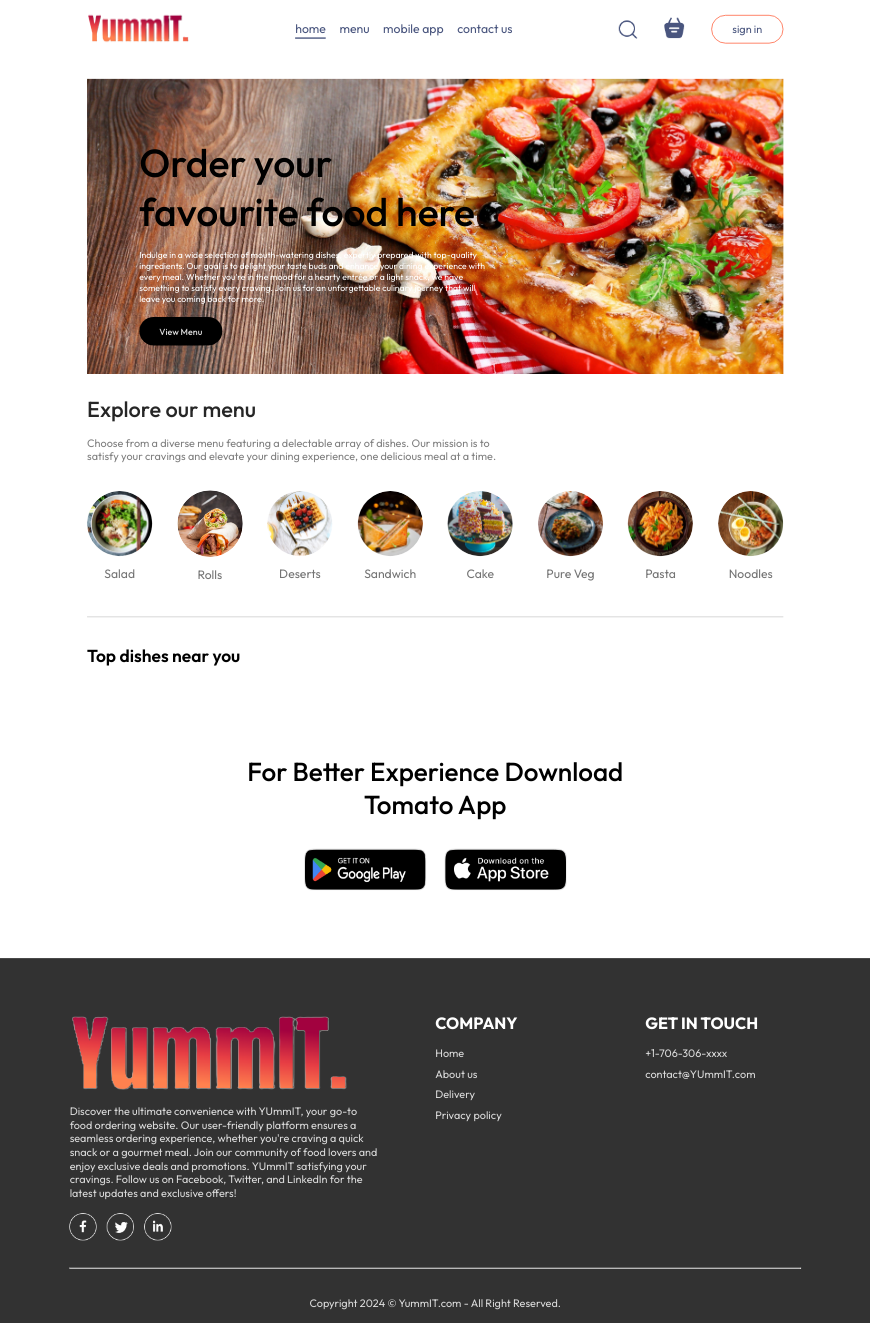
Repository: RiteshDumpala/FoodDelivery_website
Page: / (app in food-del/frontend/)
The author's editor kept a copy of each file at every save. The page is drawn from the files as they stood at one save, then again after the next save.
The browser window is 1280 px wide. The pictures show the whole page, at 68% of full size.
The page's requests for data from a server got no answer. The project was rebuilt for these pictures with package versions that can differ from the ones it lists, and the page was loaded fresh each time. No one was signed in, and anything a server would have sent is missing. Also part of the build but not shown: food-del/frontend/vite.config.js, food-del/frontend/src/components/FoodItem/FoodItem.css, food-del/frontend/src/components/FoodItem/FoodItem.jsx, food-del/frontend/src/pages/Cart/Cart.css, food-del/frontend/src/pages/Cart/Cart.jsx, food-del/frontend/src/components/LoginPopup/LoginPopup.css, food-del/frontend/src/components/LoginPopup/LoginPopup.jsx, food-del/frontend/src/pages/PlaceOrder/PlaceOrder.css and 5 more.

Above is the page before, as saved 2024-12-02 13:17:02.

### food-del/frontend/index.html
<!doctype html>
<html lang="en">
  <head>
    <meta charset="UTF-8" />
    <link rel="icon" type="image/svg+xml" href="/vite.svg" />
    <meta name="viewport" content="width=device-width, initial-scale=1.0" />
    <title>YummIT</title>
  </head>
  <body>
    <div id="root"></div>
    <script type="module" src="/src/main.jsx"></script>
  </body>
</html>

### food-del/frontend/src/Context/StoreContext.jsx
import { createContext, useEffect, useState } from "react";
import { food_list, menu_list } from "../assets/assets";
import axios from "axios";
export const StoreContext = createContext(null);

const StoreContextProvider = (props) => {

    const url = "http://localhost:4000"
    const [food_list, setFoodList] = useState([]);
    const [cartItems, setCartItems] = useState({});
    const [token, setToken] = useState("")
    const currency = "$";
    const deliveryCharge = 5;

    const addToCart = async (itemId) => {
        if (!cartItems[itemId]) {
            setCartItems((prev) => ({ ...prev, [itemId]: 1 }));
        }
        else {
            setCartItems((prev) => ({ ...prev, [itemId]: prev[itemId] + 1 }));
        }
        if (token) {
            await axios.post(url + "/api/cart/add", { itemId }, { headers: { token } });
        }
    }

    const removeFromCart = async (itemId) => {
        setCartItems((prev) => ({ ...prev, [itemId]: prev[itemId] - 1 }))
        if (token) {
            await axios.post(url + "/api/cart/remove", { itemId }, { headers: { token } });
        }
    }

    const getTotalCartAmount = () => {
        let totalAmount = 0;
        for (const item in cartItems) {
            try {
              if (cartItems[item] > 0) {
                let itemInfo = food_list.find((product) => product._id === item);
                totalAmount += itemInfo.price * cartItems[item];
            }
            } catch (error) {

            }

        }
        return totalAmount;
    }

    const fetchFoodList = async () => {
        const response = await axios.get(url + "/api/food/list");
        setFoodList(response.data.data)
    }

    const loadCartData = async (token) => {
        const response = await axios.post(url + "/api/cart/get", {}, { headers: token });
        setCartItems(response.data.cartData);
    }

    useEffect(() => {
        async function loadData() {
            await fetchFoodList();
            if (localStorage.getItem("token")) {
                setToken(localStorage.getItem("token"))
                await loadCartData({ token: localStorage.getItem("token") })
            }
        }
        loadData()
    }, [])

    const contextValue = {
        url,
        food_list,
        menu_list,
        cartItems,
        addToCart,
        removeFromCart,
        getTotalCartAmount,
        token,
        setToken,
        loadCartData,
        setCartItems,
        currency,
        deliveryCharge
    };

    return (
        <StoreContext.Provider value={contextValue}>
            {props.children}
        </StoreContext.Provider>
    )

}

export default StoreContextProvider;

### food-del/frontend/src/components/Footer/Footer.jsx
import React from 'react'
import './Footer.css'
import { assets } from '../../assets/assets'

const Footer = () => {
  return (
    <div className='footer' id='footer'>
      <div className="footer-content">
        <div className="footer-content-left">
            <img src={assets.logo} alt="" />
            <p>Discover the ultimate convenience with YUmmIT, your go-to food ordering website. Our user-friendly platform ensures a seamless ordering experience, whether you're craving a quick snack or a gourmet meal. Join our community of food lovers and enjoy exclusive deals and promotions. YUmmIT satisfying your cravings.
            Follow us on Facebook, Twitter, and LinkedIn for the latest updates and exclusive offers!
            </p>
            <div className="footer-social-icons">
                <img src={assets.facebook_icon} alt="" />
                <img src={assets.twitter_icon} alt="" />
                <img src={assets.linkedin_icon} alt="" />
            </div>
        </div>
        <div className="footer-content-center">
            <h2>COMPANY</h2>
            <ul>
                <li>Home</li>
                <li>About us</li>
                <li>Delivery</li>
                <li>Privacy policy</li>
            </ul>
        </div>
        <div className="footer-content-right">
            <h2>GET IN TOUCH</h2>
            <ul>
                <li>+1-706-306-xxxx</li>
                <li>contact@YUmmIT.com</li>
            </ul>
        </div>
      </div>
      <hr />
      <p className="footer-copyright">Copyright 2024 © YummIT.com - All Right Reserved.</p>
    </div>
  )
}

export default Footer

### food-del/frontend/src/components/Navbar/Navbar.jsx
import React, { useContext, useEffect, useState } from 'react'
import './Navbar.css'
import { assets } from '../../assets/assets'
import { Link, useNavigate } from 'react-router-dom'
import { StoreContext } from '../../Context/StoreContext'

const Navbar = ({ setShowLogin }) => {

  const [menu, setMenu] = useState("home");
  const { getTotalCartAmount, token ,setToken } = useContext(StoreContext);
  const navigate = useNavigate();

  const logout = () => {
    localStorage.removeItem("token");
    setToken("");
    navigate('/')
  }

  return (
    <div className='navbar'>
      <Link to='/'><img className='logo' src={assets.logo} alt="" /></Link>
      <ul className="navbar-menu">
        <Link to="/" onClick={() => setMenu("home")} className={`${menu === "home" ? "active" : ""}`}>home</Link>
        <a href='#explore-menu' onClick={() => setMenu("menu")} className={`${menu === "menu" ? "active" : ""}`}>menu</a>
        <a href='#app-download' onClick={() => setMenu("mob-app")} className={`${menu === "mob-app" ? "active" : ""}`}>mobile app</a>
        <a href='#footer' onClick={() => setMenu("contact")} className={`${menu === "contact" ? "active" : ""}`}>contact us</a>
      </ul>
      <div className="navbar-right">
        <img src={assets.search_icon} alt="" />
        <Link to='/cart' className='navbar-search-icon'>
          <img src={assets.basket_icon} alt="" />
          <div className={getTotalCartAmount() > 0 ? "dot" : ""}></div>
        </Link>
        {!token ? <button onClick={() => setShowLogin(true)}>sign in</button>
          : <div className='navbar-profile'>
            <img src={assets.profile_icon} alt="" />
            <ul className='navbar-profile-dropdown'>
              <li onClick={()=>navigate('/myorders')}> <img src={assets.bag_icon} alt="" /> <p>Orders</p></li>
              <hr />
              <li onClick={logout}> <img src={assets.logout_icon} alt="" /> <p>Logout</p></li>
            </ul>
          </div>
        }

      </div>
    </div>
  )
}

export default Navbar

### food-del/frontend/src/components/Header/Header.jsx
import React from 'react'
import './Header.css'

const Header = () => {
    return (
        <div className='header'>
            <div className='header-contents'>
                <h2>Order your favourite food here</h2>
                <p>Indulge in a wide selection of mouth-watering dishes, expertly prepared with top-quality ingredients. Our goal is to delight your taste buds and enhance your dining experience with every meal. Whether you're in the mood for a hearty entrée or a light snack, we have something to satisfy every craving. Join us for an unforgettable culinary journey that will leave you coming back for more.</p>
                <button>View Menu</button>
            </div>
        </div>
    )
}

export default Header

### food-del/frontend/src/components/ExploreMenu/ExploreMenu.jsx
import React, { useContext } from 'react'
import './ExploreMenu.css'
import { StoreContext } from '../../Context/StoreContext'

const ExploreMenu = ({category,setCategory}) => {

  const {menu_list} = useContext(StoreContext);

  return (
    <div className='explore-menu' id='explore-menu'>
      <h1>Explore our menu</h1>
      <p className='explore-menu-text'>Choose from a diverse menu featuring a delectable array of dishes. Our mission is to satisfy your cravings and elevate your dining experience, one delicious meal at a time.</p>
      <div className="explore-menu-list">
        {menu_list.map((item,index)=>{
            return (
                <div onClick={()=>setCategory(prev=>prev===item.menu_name?"All":item.menu_name)} key={index} className='explore-menu-list-item'>
                    <img src={item.menu_image} className={category===item.menu_name?"active":""} alt="" />
                    <p>{item.menu_name}</p>
                </div>
            )
        })}
      </div>
      <hr />
    </div>
  )
}

export default ExploreMenu

### food-del/frontend/src/components/FoodDisplay/FoodDisplay.jsx
import React, { useContext } from 'react'
import './FoodDisplay.css'
import FoodItem from '../FoodItem/FoodItem'
import { StoreContext } from '../../Context/StoreContext'

const FoodDisplay = ({category}) => {

  const {food_list} = useContext(StoreContext);

  return (
    <div className='food-display' id='food-display'>
      <h2>Top dishes near you</h2>
      <div className='food-display-list'>
        {food_list.map((item)=>{
          if (category==="All" || category===item.category) {
            return <FoodItem key={item._id} image={item.image} name={item.name} desc={item.description} price={item.price} id={item._id}/>
          }
        })}
      </div>
    </div>
  )
}

export default FoodDisplay

### food-del/frontend/src/components/Footer/Footer.css
.footer{
    color: #D9D9D9;
    background-color: #323232;
    display: flex;
    flex-direction: column;
    align-items: center;
    gap: 20px;
    padding: 20px 8vw;
    padding-top: 80px;
}
.footer-content{
    width: 100%;
    display: grid;
    grid-template-columns: 2fr 1fr 1fr;
    gap: 80px;
}
.footer-content-left , .footer-content-center , .footer-content-right {
    display: flex;
    flex-direction: column;
    align-items: start;
    gap: 20px;
}
.footer-content-left ul li, .footer-content-center ul li, .footer-content-right ul li{
    margin-bottom: 10px;
    list-style: none;
}
.footer-content-left h2, .footer-content-center h2, .footer-content-right h2{
    color: white;
}
.footer-social-icons img{
    width: 40px;
}
.footer-social-icons{
    display: flex;
    gap: 15px;
}
.footer li{
    cursor: pointer;
}
.footer hr{
    width: 100%;
    height: 2px;
    margin: 20px 0px;
}
@media (max-width:750px) {
    .footer-content{
        display: flex;
        flex-direction: column;
        gap: 35px;
    }
    .footer-copyright{
        text-align: center;
    }
}

### food-del/frontend/src/components/Navbar/Navbar.css
.navbar {
    padding: 20px 0px;
    display: flex;
    justify-content: space-between;
    align-items: center;
}

.navbar .logo {
    width: 150px;
}

.navbar-menu {
    display: flex;
    list-style: none;
    gap: 20px;
    color: #49557E;
    font-size: 18px;
}

.navbar-menu .active {
    padding-bottom: 2px;
    border-bottom: 2px solid #49557E;
}

.navbar-right {
    display: flex;
    align-items: center;
    gap: 40px;
}

.navbar-search-icon{
position: relative;
}

.navbar-search-icon .dot{
    position: absolute;
    min-width: 10px;
    min-height: 10px;
    background-color: #FF4C24;
    border-radius: 5px;
    top: -8px;
    right: -8px;
}

.navbar-right button {
    background: transparent;
    font-size: 16px;
    color: #49557E;
    border: 1px solid #FF4C24;
    padding: 10px 30px;
    border-radius: 50px;
    cursor: pointer;
    transition: 0.3s;
}

.navbar-right button:hover {
    background: #fff4f2;
}

.navbar-profile{
    position: relative;

}
.navbar-profile-dropdown{
    position: absolute;
    display: none;
    right: 0;
    z-index: 1;
}
.navbar-profile-dropdown li{
    display: flex;
    align-items: center;
    gap: 10px;
    cursor: pointer;
}
.navbar-profile-dropdown img{
    width: 20px;
}
.navbar-profile-dropdown li:hover{
    color: #FF4C24;
}
.navbar-profile:hover .navbar-profile-dropdown{
    display: flex;
    flex-direction: column;
    gap: 10px;
    background-color: #fff2ef;
    padding: 12px 25px;
    border-radius: 4px;
    border: 1px solid tomato;
    outline: 2px solid white;
    list-style: none;
}
.navbar-profile hr{
    background-color: gray;
    height: 1px;
    border: none;
}
@media (max-width:1050px) {
    .navbar .logo {
        width: 140px;
    }

    .navbar-menu {
        gap: 20px;
        font-size: 17px;
    }

    .navbar-right {
        gap: 30px;
    }

    .navbar-right img {
        width: 22px;
    }

    .navbar-right button {
        padding: 8px 25px;
    }
}

@media (max-width:900px) {
    .navbar .logo {
        width: 120px;
    }

    .navbar-menu {
        gap: 15px;
        font-size: 16px;
    }

    .navbar-right {
        gap: 20px;
    }

    .navbar-right img {
        width: 20px;
    }

    .navbar-right button {
        font-size: 15px;
        padding: 7px 20px;
    }
}

@media (max-width:750px) {
    .navbar-menu {
        display: none;
    }
}

### food-del/frontend/src/components/Header/Header.css
.header{
    height: 34vw;
    margin: 30px auto;
    background: url('/header_img.png') no-repeat;
    background-size:contain;
    position: relative;
}
.header-contents{
    position: absolute;
    display: flex;
    flex-direction: column;
    align-items: start;
    gap: 1.5vw;
    max-width: 50%;
    bottom: 10%;
    left: 6vw;
    animation: fadeIn 3s;
}
.header-contents h2{
    font-weight:500;
    color: black;
    font-size: max(4.5vw,22px);
}
.header-contents p{
    color: white;
    font-size: 1vw;
}
.header-contents button{
    border: none;
    color: #dadada;
    font-weight: 500;
    padding: 1vw 2.3vw;
    background: black;
    font-size: max(1vw,13px);
    border-radius: 50px;
}
@media (max-width:1050px) {
    .header{
        height: 38vw;
    }
    .header-contents{
        max-width: 45%;
    }
}
@media(max-width:750px){
    .header-contents{
        max-width: 55%;
    }
    .header-contents p{
       display: none;
    }
    .header-contents button{
        padding: 2vw 4vw;
    }
}

### food-del/frontend/src/components/ExploreMenu/ExploreMenu.css
.explore-menu{
    display: flex;
    flex-direction: column;
    gap: 20px;
}
.explore-menu h1{
    color: #262626;
    font-weight: 500;
}
.explore-menu-text{
    max-width: 60%;
    color: #808080;
}
.explore-menu-list{
    display: flex;
    justify-content: space-between;
    align-items: center;
    gap: 30px;
    text-align: center;
    margin: 20px 0px;
    overflow-x: scroll;
}
.explore-menu-list::-webkit-scrollbar{
    display: none;
}
.explore-menu-list-item img{
    width: 7.5vw;
    min-width: 80px;
    cursor: pointer;
    border-radius: 50%;
    transition: 0.2s;
}
.explore-menu-list-item .active{
    border: 4px solid tomato;
    padding: 2px;
}
.explore-menu-list-item p{
    margin-top: 10px;
    color: #747474;
    font-size: max(1.4vw,16px);
    cursor: pointer;
}
.explore-menu hr{
    margin: 10px 0px;
    height: 2px;
    background-color: #E2E2E2;
    border: none;
}
@media (max-width:1050px) {
    .explore-menu-text{
        max-width: 100%;
        font-size: 14px;
    }
}

Loaded but not shown: food-del/frontend/src/main.jsx (common file); food-del/frontend/src/App.jsx (common file); food-del/frontend/src/index.css (common file); food-del/frontend/src/pages/Home/Home.jsx (common file); food-del/frontend/src/components/AppDownload/AppDownload.jsx (common file); food-del/frontend/src/components/FoodDisplay/FoodDisplay.css (common file); food-del/frontend/src/components/AppDownload/AppDownload.css (common file); food-del/frontend/src/assets/assets.js (354 lines, source omitted)

After the next save:
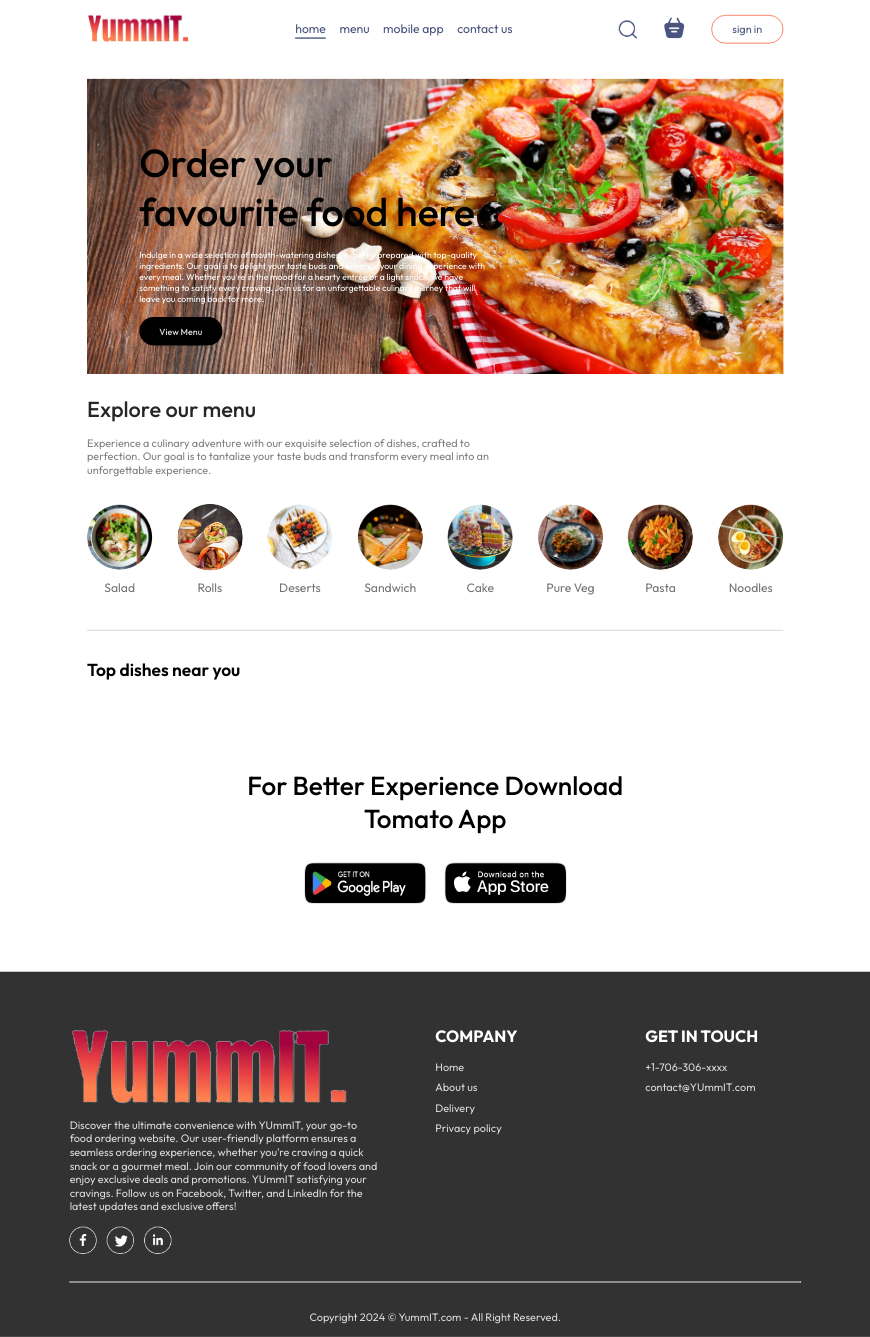
Saved 5 min 15 s later.
--- a/food-del/frontend/src/components/ExploreMenu/ExploreMenu.jsx
+++ b/food-del/frontend/src/components/ExploreMenu/ExploreMenu.jsx
@@ -9,7 +9,7 @@ const ExploreMenu = ({category,setCategory}) => {
   return (
     <div className='explore-menu' id='explore-menu'>
       <h1>Explore our menu</h1>
-      <p className='explore-menu-text'>Choose from a diverse menu featuring a delectable array of dishes. Our mission is to satisfy your cravings and elevate your dining experience, one delicious meal at a time.</p>
+      <p className='explore-menu-text'>Experience a culinary adventure with our exquisite selection of dishes, crafted to perfection. Our goal is to tantalize your taste buds and transform every meal into an unforgettable experience.</p>
       <div className="explore-menu-list">
         {menu_list.map((item,index)=>{
             return (
